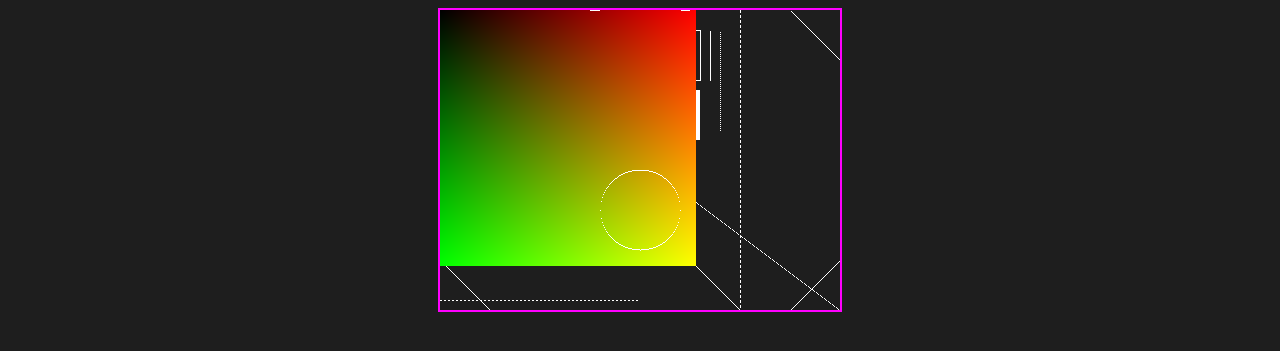
Repository: StarLightGX/miao
Page: paint.html
An editor plug-in stored every save of this project. The page is shown before and after the next save, followed by the edit.
The browser window is 1280 px wide. The pictures show the whole page.

Above is the page before, as saved 2020-11-13 16:24:21.

After the next save:
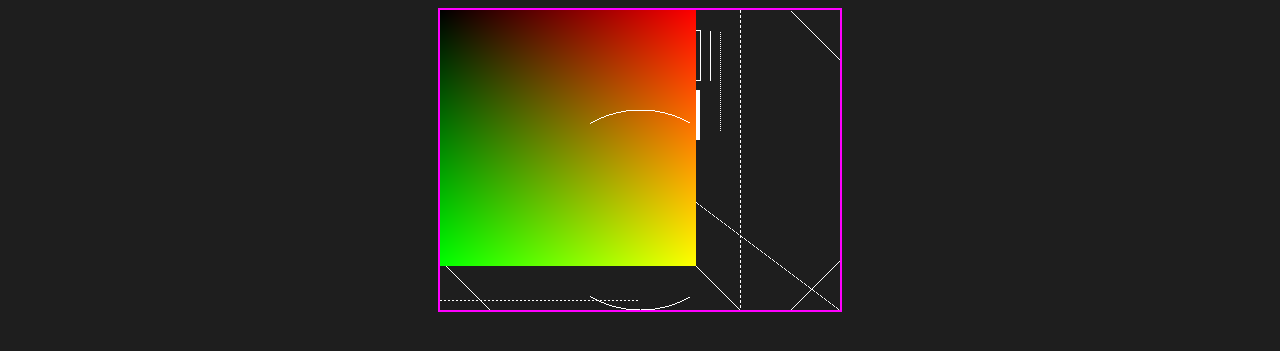
Saved 9 s later.
--- a/paint.html
+++ b/paint.html
@@ -201,7 +201,7 @@
       }
     }
     // 画一个空心的圆
-    var r = 40;
+    var r = 100;
 
     for (x = -50; x < 50; x++) {
       y = Math.sqrt(r * r - x * x);

After the save that followed:
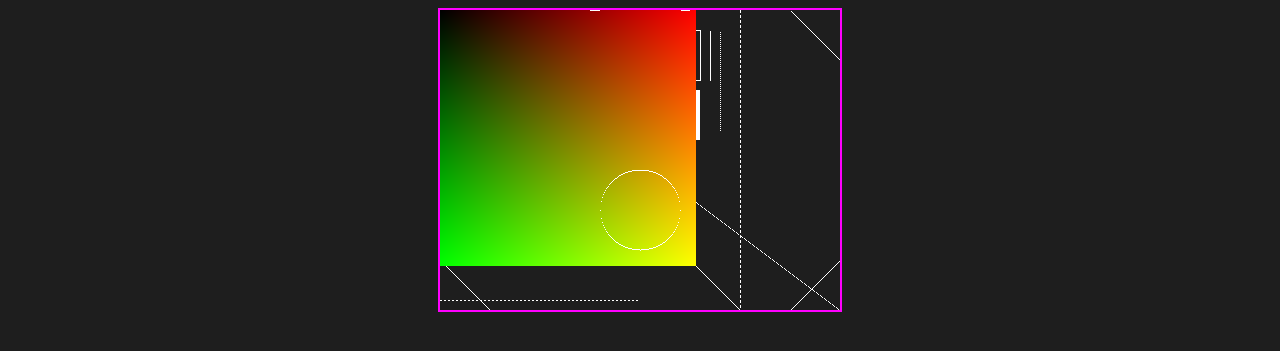
Saved 11 s later.
--- a/paint.html
+++ b/paint.html
@@ -201,7 +201,7 @@
       }
     }
     // 画一个空心的圆
-    var r = 100;
+    var r = 40;
 
     for (x = -50; x < 50; x++) {
       y = Math.sqrt(r * r - x * x);
